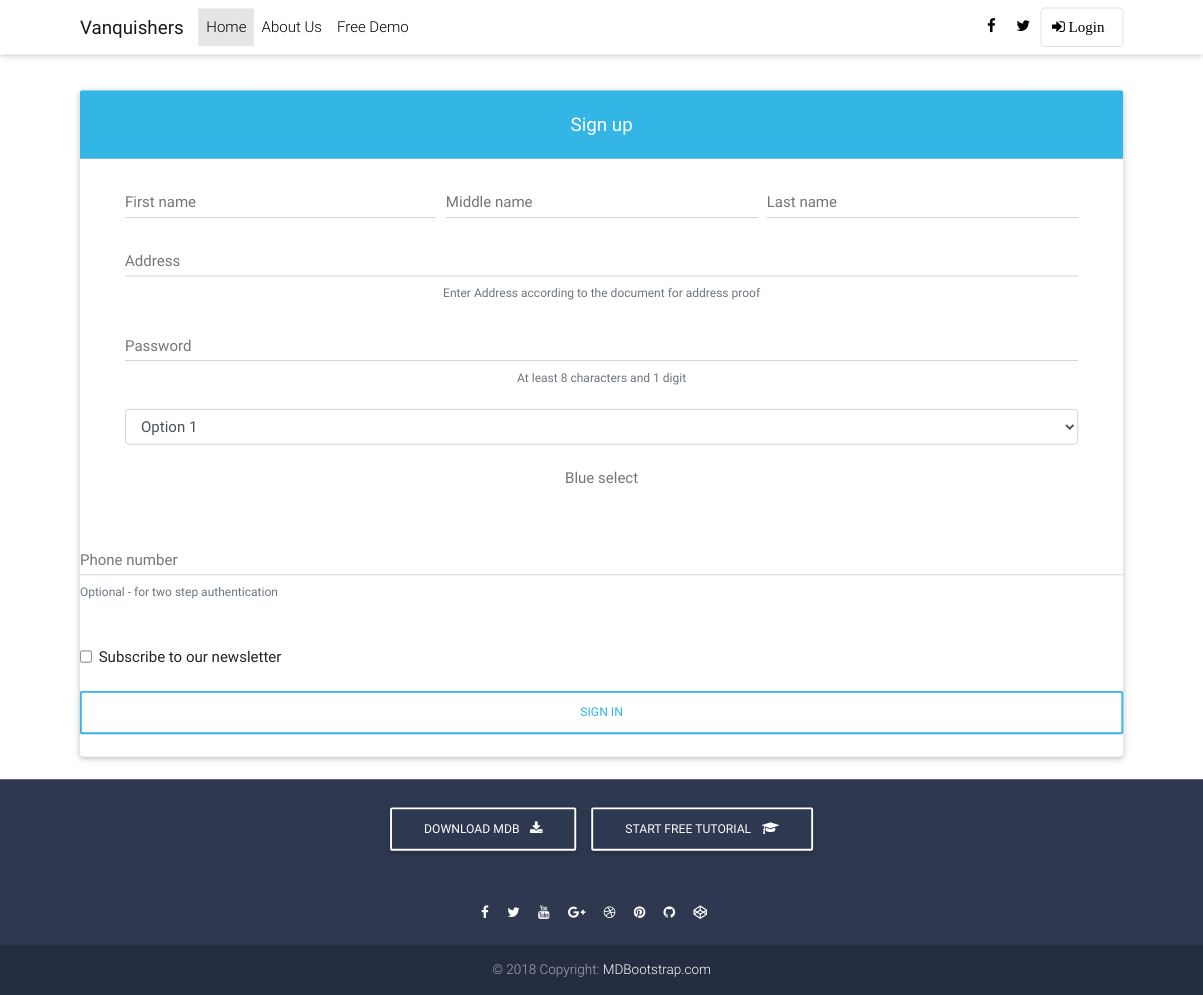
Repository: KJSCEhack/KJSCE_Vanquishers
Page: http://localhost/demo.php
An editor plug-in stored every save of this project. The page is shown before and after the next save, followed by the edit.
The browser window is 1280 px wide. The pictures show the whole page, at 94% of full size.
The page is run by PHP 8.4 with error messages shown; the project is at /var/www/html/.

Above is the page before, as saved 2018-10-06 09:15:44.

### demo.php
<?php
$hostname="localhost";
$dbname="kjsce_hackathon";
$Username="root";
$Password="qweasdzxc";

$conn = mysqli_connect($hostname,$Username,$Password,$dbname);

if(!$conn)
{
    die("connection failed:" .mysqli_connect_error());

}
mysqli_close($conn);

?>
<!DOCTYPE html>
<html lang="en">

<head>
    <meta charset="utf-8">
    <meta name="viewport" content="width=device-width, initial-scale=1, shrink-to-fit=no">
    <meta http-equiv="x-ua-compatible" content="ie=edge">
    <title>Material Design Bootstrap</title>
    <!-- Font Awesome -->
    <link rel="stylesheet" href="https://maxcdn.bootstrapcdn.com/font-awesome/4.7.0/css/font-awesome.min.css">
    <!-- Bootstrap core CSS -->
    <link href="css/bootstrap.min.css" rel="stylesheet">
    <!-- Material Design Bootstrap -->
    <link href="css/mdb.min.css" rel="stylesheet">
    <!-- Your custom styles (optional) -->
    <link href="css/style.min.css" rel="stylesheet">
</head>

<body>

    <!--Main Navigation-->
    <header>

        <!-- Navbar -->
        <nav class="navbar fixed-top navbar-expand-lg navbar-light white scrolling-navbar">
            <div class="container">

                <!-- Brand -->
      <a class="navbar-brand" href="https://mdbootstrap.com/material-design-for-bootstrap/" target="_blank">
        <strong>Vanquishers</strong>
      </a>

      <!-- Collapse -->
      <button class="navbar-toggler" type="button" data-toggle="collapse" data-target="#navbarSupportedContent" aria-controls="navbarSupportedContent"
        aria-expanded="false" aria-label="Toggle navigation">
        <span class="navbar-toggler-icon"></span>
      </button>

      <!-- Links -->
      <div class="collapse navbar-collapse" id="navbarSupportedContent">

        <!-- Left -->
        <ul class="navbar-nav mr-auto">
          <li class="nav-item active">
            <a class="nav-link" href="#">Home
              <span class="sr-only">(current)</span>
            </a>
          </li>
          <li class="nav-item">
            <a class="nav-link" href="https://mdbootstrap.com/material-design-for-bootstrap/" target="_blank">About Us</a>
          </li>
          <li class="nav-item">
            <a class="nav-link" href="https://mdbootstrap.com/getting-started/" target="_blank">Free Demo</a>
          </li>
        </ul>

        <!-- Right -->
        <ul class="navbar-nav nav-flex-icons">
          <li class="nav-item">
            <a href="https://www.facebook.com/mdbootstrap" class="nav-link" target="_blank">
              <i class="fa fa-facebook"></i>
            </a>
          </li>
          <li class="nav-item">
            <a href="https://twitter.com/MDBootstrap" class="nav-link" target="_blank">
              <i class="fa fa-twitter"></i>
            </a>
          </li>
          <li class="nav-item">
            <a href="login_page.html" class="nav-link border border-light rounded"
              target="_blank">
              <i class="fa fa-sign-in mr-2">           Login</i>
            </a>
          </li>
        </ul>

      </div>

            </div>
        </nav>
        <!-- Navbar -->

    </header>
    <!--Main Navigation-->

    <!--Main layout-->
    <main class="mt-5 pt-5">
        <div class="container">
            <!-- Material form register -->
            <div class="card">

            <h5 class="card-header info-color white-text text-center py-4">
                <strong>Sign up</strong>
            </h5>

            <!--Card content-->
            <div class="card-body px-lg-5 pt-0">

                <!-- Form -->
                <form class="text-center" style="color: #757575;">

                    <div class="form-row">
                        <div class="col">
                            <!-- First name -->
                            <div class="md-form">
                                <input type="text" id="materialRegisterFormFirstName" class="form-control">
                                <label for="materialRegisterFormFirstName">First name</label>
                            </div>
                        </div>
                        <div class="col">
                            <!-- Last name -->
                            <div class="md-form">
                                <input type="text" id="materialRegisterFormMiddleName" class="form-control">
                                <label for="materialRegisterFormMiddleName">Middle name</label>
                            </div>
                        </div>
                        <div class="col">
                            <!-- Last name -->
                            <div class="md-form">
                                <input type="text" id="materialRegisterFormLastName" class="form-control">
                                <label for="materialRegisterFormLastName">Last name</label>
                            </div>
                        </div>
                    </div>

                    <!-- Address -->
                    <div class="md-form mt-0">
                        <input type="text" id="materialRegisterFormAddress" class="form-control">
                        <label for="materialRegisterFormAddress">Address</label>
                        <small id="materialRegisterFormPasswordHelpBlock" class="form-text text-muted mb-4">
                            Enter Address according to the document for address proof
                        </small>
                    </div>

                    <!-- Password -->
                    <div class="md-form">
                        <input type="password" id="materialRegisterFormPassword" class="form-control" aria-describedby="materialRegisterFormPasswordHelpBlock">
                        <label for="materialRegisterFormPassword">Password</label>
                        <small id="materialRegisterFormPasswordHelpBlock" class="form-text text-muted mb-4">
                            At least 8 characters and 1 digit
                        </small>
                    </div>

                    <divclass="md-form">
                        <select class="form-control mdb-select md-form colorful-select dropdown-primary">
                            <option value="1">Option 1</option>
                            <option value="2">Option 2</option>
                            <option value="3">Option 3</option>
                            <option value="4">Option 4</option>
                            <option value="5">Option 5</option>
                        </select>
                        <label>Blue select</label>
                    </div>

                    <!-- Phone number -->
                    <div class="md-form">
                        <input type="password" id="materialRegisterFormPhone" class="form-control" aria-describedby="materialRegisterFormPhoneHelpBlock">
                        <label for="materialRegisterFormPhone">Phone number</label>
                        <small id="materialRegisterFormPhoneHelpBlock" class="form-text text-muted mb-4">
                            Optional - for two step authentication
                        </small>
                    </div>

                    <!-- Newsletter -->
                    <div class="form-check">
                        <input type="checkbox" class="form-check-input" id="materialRegisterFormNewsletter">
                        <label class="form-check-label" for="materialRegisterFormNewsletter">Subscribe to our newsletter</label>
                    </div>

                    <!-- Sign up button -->
                    <button class="btn btn-outline-info btn-rounded btn-block my-4 waves-effect z-depth-0" type="submit">Sign in</button>

                </form>
                <!-- Form -->

            </div>

            </div>
            <!-- Material form register -->
        </div>
    </main>
    <!--Footer-->
    <footer class="page-footer text-center font-small mdb-color darken-2 mt-4 wow fadeIn">

        <!--Call to action-->
        <div class="pt-4">
            <a class="btn btn-outline-white" href="https://mdbootstrap.com/getting-started/" target="_blank" role="button">Download MDB
                <i class="fa fa-download ml-2"></i>
            </a>
            <a class="btn btn-outline-white" href="https://mdbootstrap.com/bootstrap-tutorial/" target="_blank" role="button">Start free tutorial
                <i class="fa fa-graduation-cap ml-2"></i>
            </a>
        </div>
        <!--/.Call to action-->

        <hr class="my-4">

        <!-- Social icons -->
        <div class="pb-4">
            <a href="https://www.facebook.com/mdbootstrap" target="_blank">
                <i class="fa fa-facebook mr-3"></i>
            </a>

            <a href="https://twitter.com/MDBootstrap" target="_blank">
                <i class="fa fa-twitter mr-3"></i>
            </a>

            <a href="https://www.youtube.com/watch?v=7MUISDJ5ZZ4" target="_blank">
                <i class="fa fa-youtube mr-3"></i>
            </a>

            <a href="https://plus.google.com/u/0/b/107863090883699620484" target="_blank">
                <i class="fa fa-google-plus mr-3"></i>
            </a>

            <a href="https://dribbble.com/mdbootstrap" target="_blank">
                <i class="fa fa-dribbble mr-3"></i>
            </a>

            <a href="https://pinterest.com/mdbootstrap" target="_blank">
                <i class="fa fa-pinterest mr-3"></i>
            </a>

            <a href="https://github.com/mdbootstrap/bootstrap-material-design" target="_blank">
                <i class="fa fa-github mr-3"></i>
            </a>

            <a href="http://codepen.io/mdbootstrap/" target="_blank">
                <i class="fa fa-codepen mr-3"></i>
            </a>
        </div>
        <!-- Social icons -->

        <!--Copyright-->
        <div class="footer-copyright py-3">
            © 2018 Copyright:
            <a href="https://mdbootstrap.com/bootstrap-tutorial/" target="_blank"> MDBootstrap.com </a>
        </div>
        <!--/.Copyright-->

    </footer>
    <!--/.Footer-->

    <!-- SCRIPTS -->
    <!-- JQuery -->
    <script type="text/javascript" src="js/jquery-3.3.1.min.js"></script>
    <!-- Bootstrap tooltips -->
    <script type="text/javascript" src="js/popper.min.js"></script>
    <!-- Bootstrap core JavaScript -->
    <script type="text/javascript" src="js/bootstrap.min.js"></script>
    <!-- MDB core JavaScript -->
    <script type="text/javascript" src="js/mdb.min.js"></script>
    <!-- Initializations -->
    <script type="text/javascript">
        // Animations initialization
        new WOW().init();
    </script>
</body>

</html>

Loaded but not shown: css/bootstrap.min.css (library); css/mdb.min.css (library); css/style.min.css (common file); js/jquery-3.3.1.min.js (library); js/popper.min.js (library); js/bootstrap.min.js (library); js/mdb.min.js (library)

After the next save:
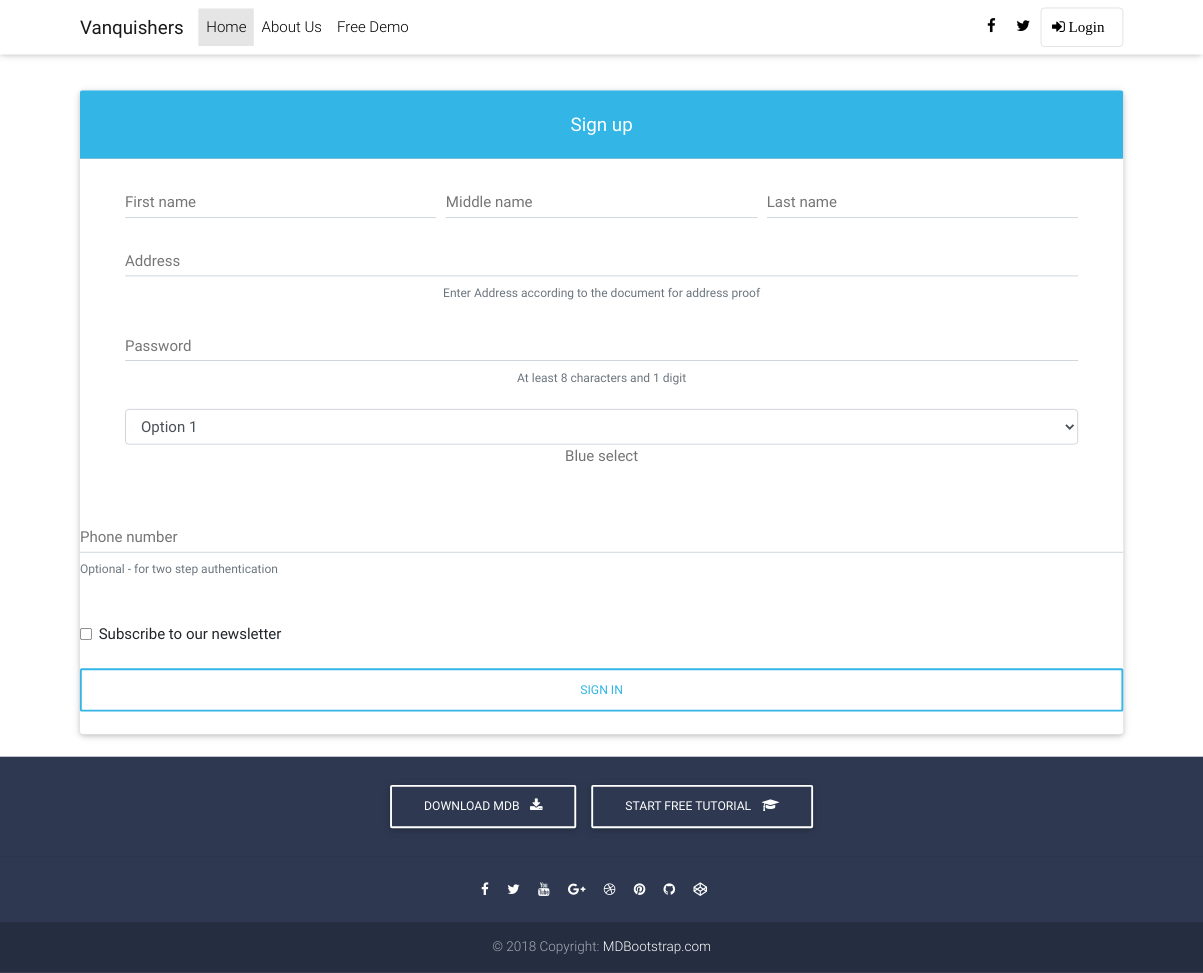
Saved 24 s later.
--- a/demo.php
+++ b/demo.php
@@ -158,7 +158,7 @@ mysqli_close($conn);
                     </div>
 
                     <divclass="md-form">
-                        <select class="form-control mdb-select md-form colorful-select dropdown-primary">
+                        <select class="form-control">
                             <option value="1">Option 1</option>
                             <option value="2">Option 2</option>
                             <option value="3">Option 3</option>
